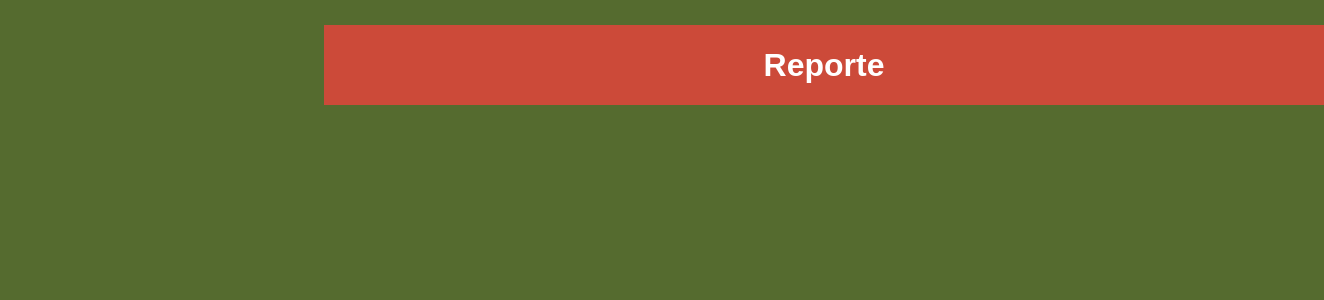
Repository: nathanvdev/LFP_PR_202001568
Page: plantilla.html
An editor plug-in stored every save of this project. The page is shown before and after the next save, followed by the edit.
The browser window is 1280 px wide. The page is 1324 px wide, so the pictures cover 1324 px, including what lies to the right of the window. The pictures show the whole page.

Above is the page before, as saved 2022-02-19 18:43:57.

### plantilla.html

<!DOCTYPE html>
<html lang="en">
<head>
    <meta charset="UTF-8">
    <meta http-equiv="X-UA-Compatible" content="IE=edge">
    <meta name="viewport" content="width=device-width, initial-scale=1.0">
    <title>Document</title>
</head>
<style>
    body{
        font-family: sans-serif;
    }
    .contenedor{
        background-color: rgb(204, 74, 57);
        height: 80px;
        width: 1000px;
        margin: 2%;
        margin-left: 25%;


        display: flex;
        justify-content: center;
    }
</style>
<body style="background-color: darkolivegreen;">
    <div class="contenedor">
        <h1 style="color: white;">Reporte</h1>
    </div>
    <div>

    </div>
</body>
</html>

After the next save:
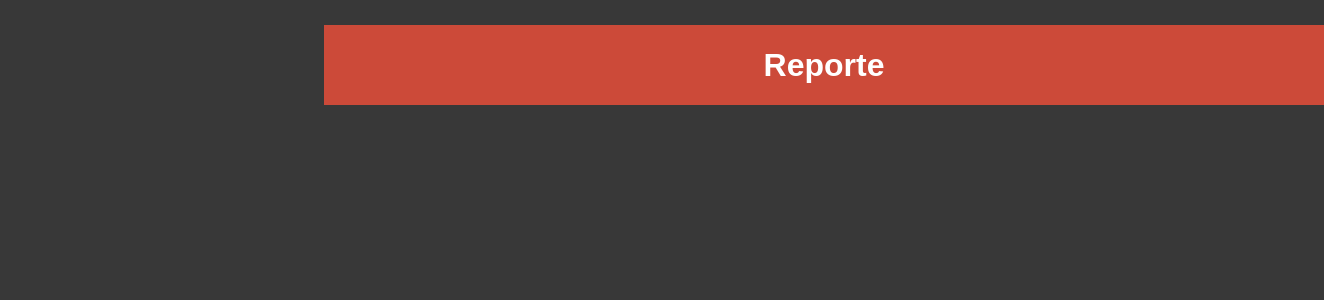
Saved 14 s later.
--- a/plantilla.html
+++ b/plantilla.html
@@ -23,7 +23,7 @@
         justify-content: center;
     }
 </style>
-<body style="background-color: darkolivegreen;">
+<body style="background-color: rgb(56, 56, 56);">
     <div class="contenedor">
         <h1 style="color: white;">Reporte</h1>
     </div>
